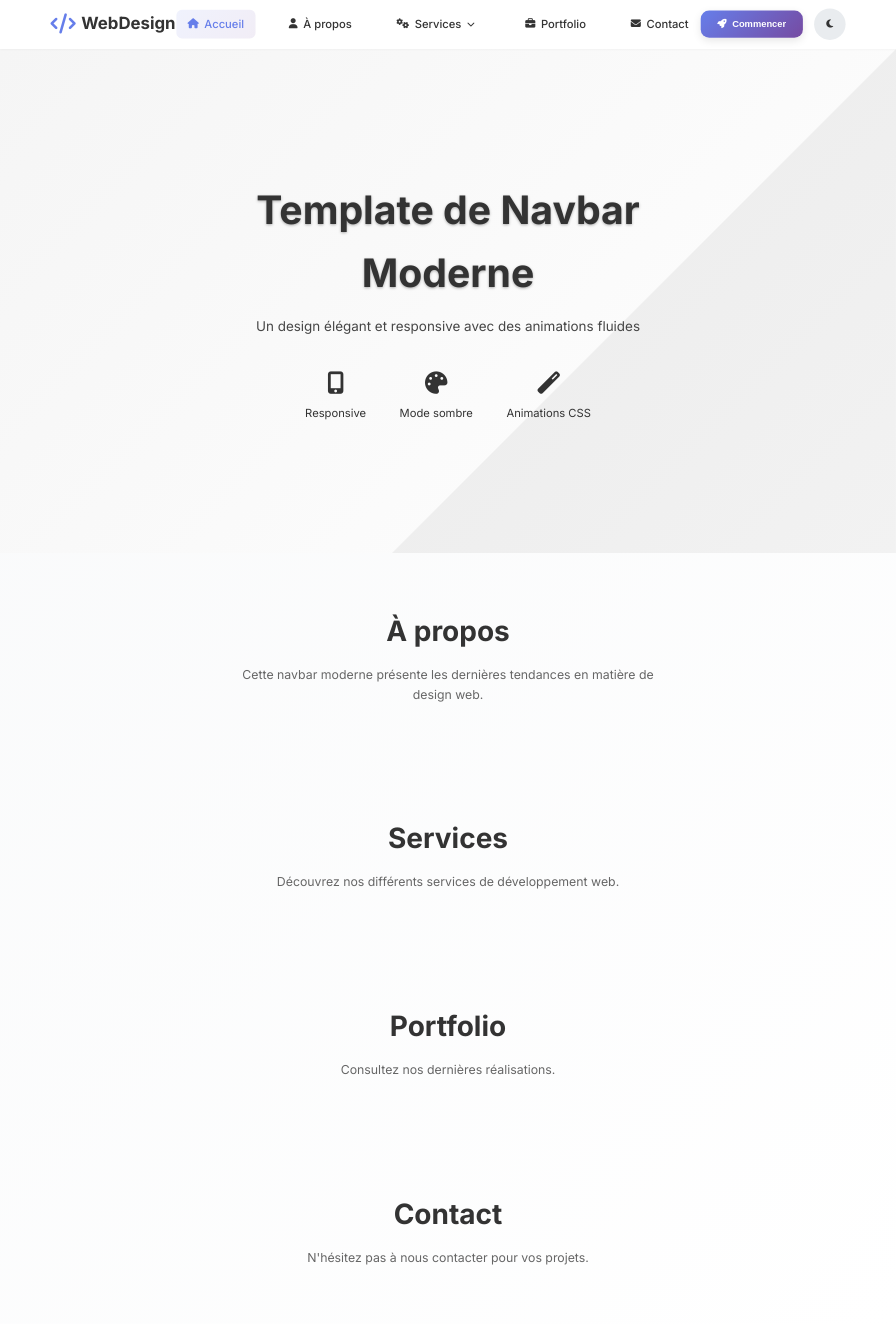
Repository: Mattieuuu/Templates_try_webdesign
Page: index.html
The author's editor kept a copy of each file at every save. The page is drawn from the files as they stood at one save, then again after the next save.
The browser window is 1280 px wide. The pictures show the whole page, at 70% of full size.

Above is the page before, as saved 2025-12-07 01:06:33.

After the next save:
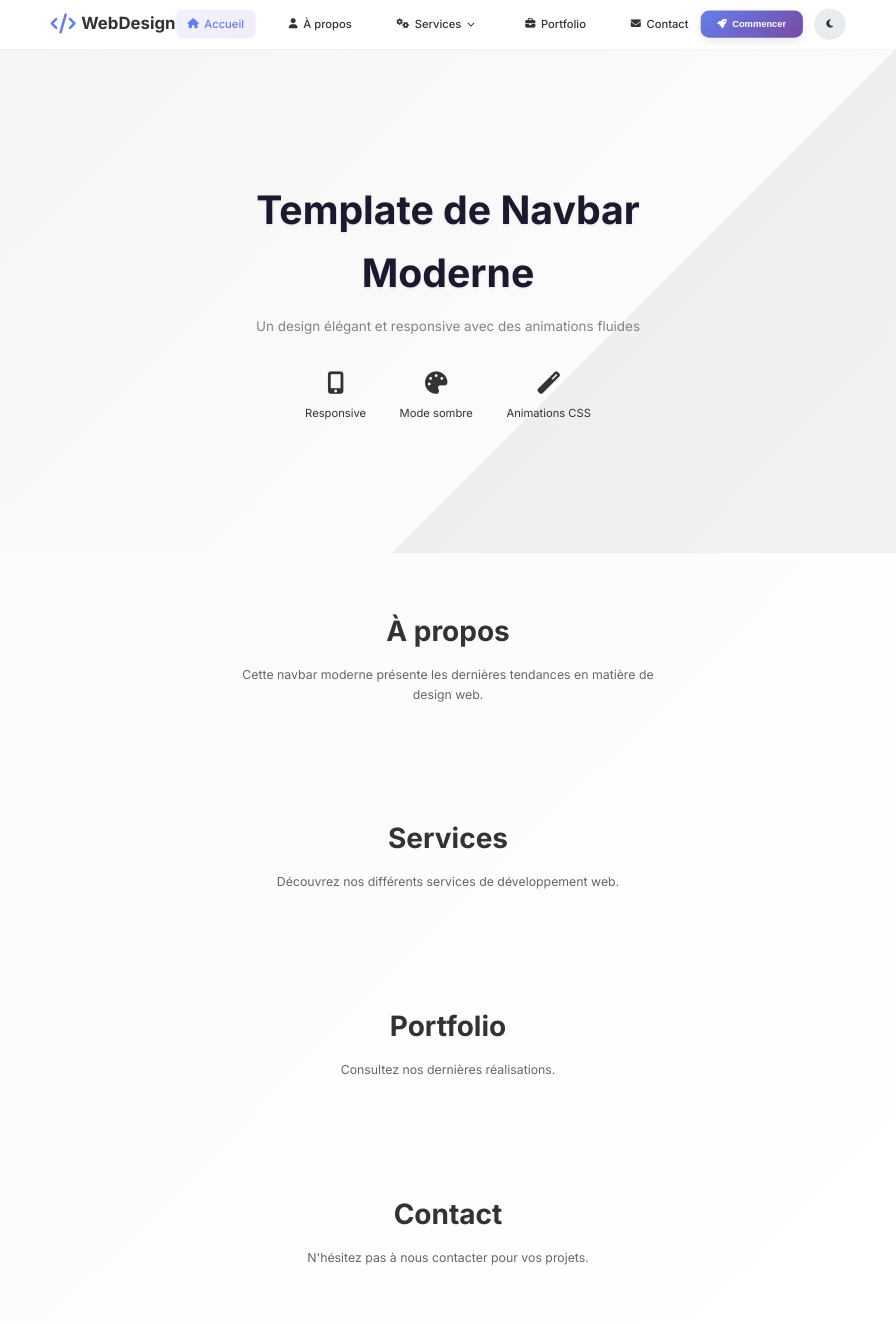
Saved 8 s later.
--- a/src/css/style.css
+++ b/src/css/style.css
@@ -304,13 +304,17 @@ body {
   font-size: 3.5rem;
   font-weight: 700;
   margin-bottom: 1rem;
-  text-shadow: 0 2px 4px rgba(0, 0, 0, 0.3);
+  text-shadow: 0 2px 4px rgba(0, 0, 0, 0.1);
+  color: #1a1a2e;
+  transition: var(--transition-slow);
 }
 
 .hero-content p {
   font-size: 1.2rem;
   margin-bottom: 3rem;
-  opacity: 0.9;
+  opacity: 0.8;
+  color: #666666;
+  transition: var(--transition-slow);
 }
 
 .hero-features {
